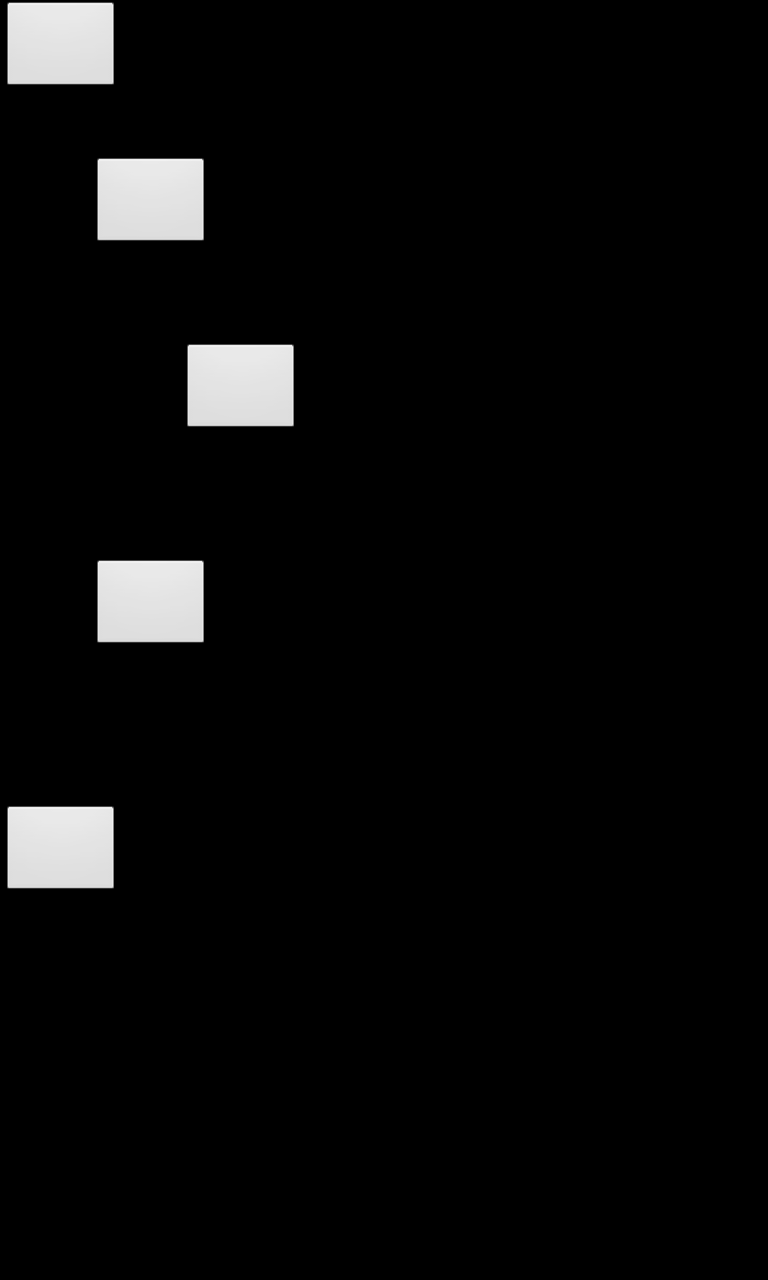
Repository: androportal/APL-apk
Layout: test/imagebuttons/res/layout/main.xml
These files come from the project's save history. The layout is drawn as it stood at one moment and after the next save; the edit follows.
It is drawn on a 768 x 1280 px phone screen (xhdpi) without system bars, with theme android:Theme; the app's code is not run.

Above is the layout before, as saved 2012-05-21 18:09:24.

### test/imagebuttons/res/layout/main.xml
<?xml version="1.0" encoding="utf-8"?>
<LinearLayout xmlns:android="http://schemas.android.com/apk/res/android"
    android:layout_width="fill_parent"
    android:layout_height="fill_parent"
    android:orientation="vertical" >

    <ImageButton
        android:id="@+id/ImageButton07"
        android:layout_width="61dp"
        android:layout_height="wrap_content"
        android:layout_margin="0dp"
         android:layout_marginTop="15dp"
        android:src="@drawable/i" />

    <ImageButton
        android:id="@+id/ImageButton06"
        android:layout_width="61dp"
        android:layout_height="wrap_content"
        android:src="@drawable/i"
        android:tint="#067837"
        android:layout_marginLeft="45dp"
        android:layout_marginTop="30dp"
        />

    <ImageButton
        android:id="@+id/ImageButton05"
        android:layout_width="61dp"
        android:layout_height="wrap_content"
        android:src="@drawable/i"
         android:layout_marginLeft="90dp"
          android:layout_marginTop="45dp"/>

    <ImageButton
        android:id="@+id/ImageButton03"
        android:layout_width="61dp"
        android:layout_height="wrap_content"
        android:src="@drawable/i"
      android:layout_marginLeft="45dp"
       android:layout_marginTop="60dp"/>

    <ImageButton
        android:id="@+id/ImageButton04"
        android:layout_width="61dp"
        android:layout_height="wrap_content"
        android:src="@drawable/i"
         android:layout_marginLeft="0dp"
          android:layout_marginTop="75dp"/>

</LinearLayout>

### test/imagebuttons/res/drawable/i.xml
<?xml version="1.0" encoding="utf-8"?>
<selector xmlns:android="http://schemas.android.com/apk/res/android" >
    <item
        android:state_pressed="true"
        android:drawable="@drawable/button_pressed"
      >
     <item android:state_focused="true"

           android:drawable="@drawable/button_focussed" /> <!-- focused -->
     <item android:drawable="@drawable/button_normal"/> </item>
     </selector>

After the next save:
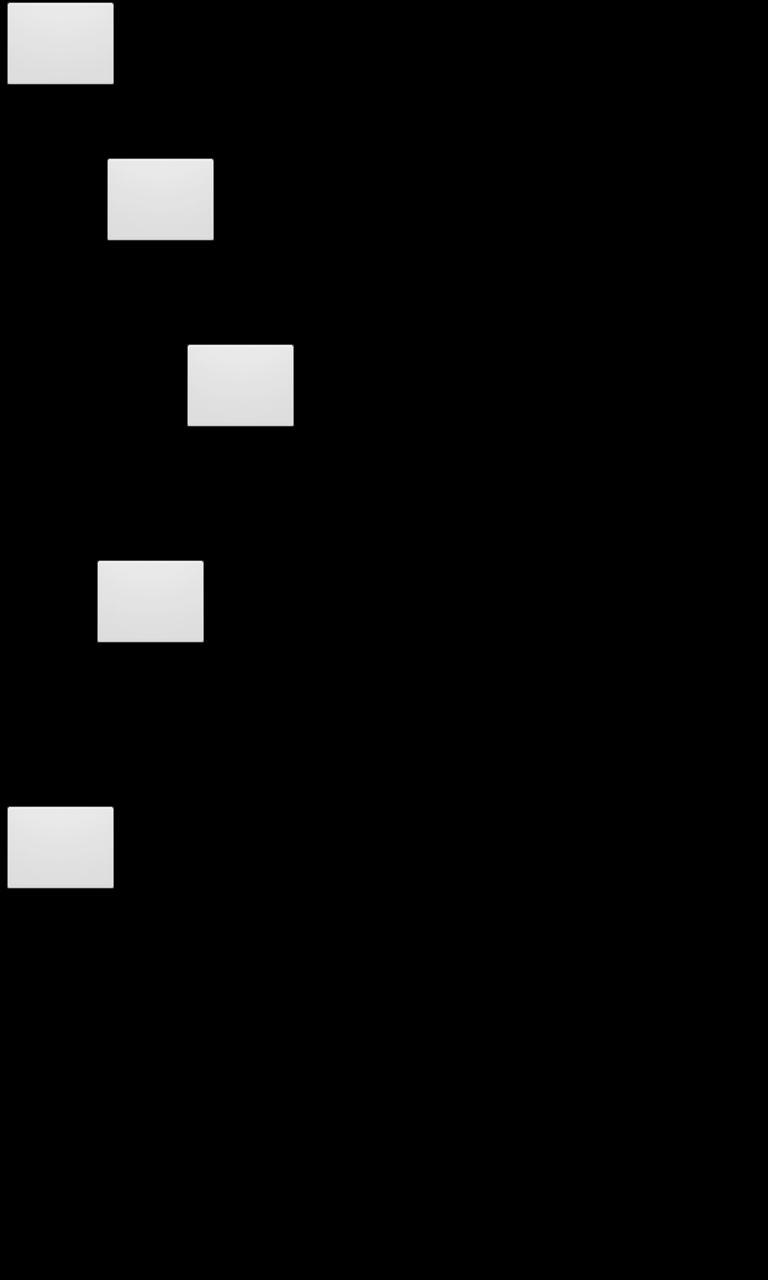
Saved 27 s later.
--- a/test/imagebuttons/res/layout/main.xml
+++ b/test/imagebuttons/res/layout/main.xml
@@ -18,7 +18,7 @@
         android:layout_height="wrap_content"
         android:src="@drawable/i"
         android:tint="#067837"
-        android:layout_marginLeft="45dp"
+        android:layout_marginLeft="50dp"
         android:layout_marginTop="30dp"
         />
 
